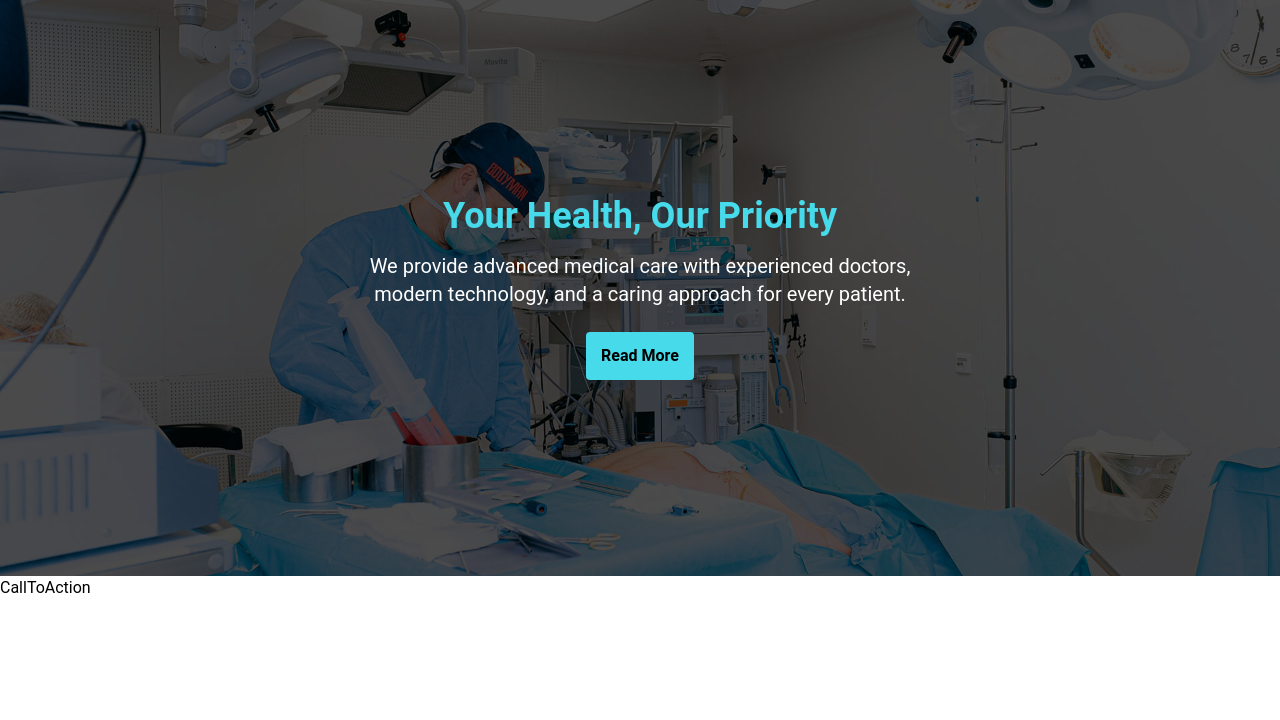
Repository: ahmedkhaleddev02-del/DoctorAppointment-MERN
Page: / (app in frontend/frontend/)
These files come from the project's save history. The page is drawn as it stood at one moment and after the next save; the edit follows.
The browser window is 1280 px wide. The pictures show the whole page.
The project was rebuilt for these pictures with package versions that can differ from the ones it lists, and the page was loaded fresh each time.

Above is the page before, as saved 2025-07-27 17:56:53.

### frontend/frontend/src/index.css
@tailwind base;
@tailwind components;
@tailwind utilities;
@import url('https://fonts.googleapis.com/css2?family=Liter&family=Outfit:wght@100..900&family=Roboto:ital,wght@0,100..900;1,100..900&family=Sansita:ital,wght@0,400;0,700;0,800;0,900;1,400;1,700;1,800;1,900&display=swap');

@import "slick-carousel/slick/slick.css";
@import "slick-carousel/slick/slick-theme.css";


*,body{
  font-family: roboto;
}


button{
  background: #46daea !important;
  padding: 15px;
  color:black;
  font-weight: bold;
  transition: ease-in-out 0.3s !important;


}

button:hover{
  background: #43b0ba !important;
}

### frontend/frontend/src/App.js
import Home from "./pages/Home";
function App() {
  return (
    <>

    <Home/>
    </>
  );
}

export default App;

### frontend/frontend/src/pages/Home.jsx
import React from 'react'
import CallToAction from '../components/CallToAction'
import HeroSlider from '../components/HeroSlider'
function Home() {
  return (
    <div>
        <HeroSlider/>
        <CallToAction/>

    </div>
  )
}

export default Home

### frontend/frontend/src/components/CallToAction.jsx
import React from 'react'

function CallToAction() {
  return (
    <div>CallToAction</div>
  )
}

export default CallToAction

### frontend/frontend/src/components/HeroSlider.jsx
import React from 'react'
import Slider from "react-slick";
import carousel_1 from "../img/hero-carousel/hero-carousel-1.jpg"

import carousel_2 from "../img/hero-carousel/hero-carousel-2.jpg"


import carousel_3 from "../img/hero-carousel/hero-carousel-3.jpg"

function HeroSlider() {

const settings = {
    dots: true,
    infinite: true,
    autoplay: true,
    autoplaySpeed: 5000,
    fade: true,
    arrows: false
  };


  const slides = [
  {
    image: carousel_1,
    title: "Your Health, Our Priority",
    text: "We provide advanced medical care with experienced doctors, modern technology, and a caring approach for every patient.",
  },
  {
    image: carousel_2,
    title: "Specialized Medical Services",
    text: "From cardiology to pediatrics, our expert teams are ready to help you and your family stay healthy and safe.",
  },
  {
    image: carousel_3,
    title: "Easy Online Appointments",
    text: "Book your appointment quickly and conveniently with top doctors at your preferred time.",
  }
];



  return (
    <section className='relative w-full h-[80vh] overflow-hidden' >
        <Slider {...settings}>
                {slides.map((slide,index)=>(
                    <div  key={index} className="relative w-full h-[80vh]">

                <img  src={slide.image}   className="w-full h-full object-cover"/>

            <div className="absolute inset-0 bg-black bg-opacity-70 flex flex-col justify-center items-center text-center text-white px-4">

                    <h2 className='text-4xl text-[#46daea] font-bold mb-4'>{slide.title}</h2>

             <p className="max-w-xl text-xl ">{slide.text}</p>

             <button className="mt-6 inline-block  py-3 rounded ">
              Read More

             </button>

                </div>

                    </div>
                ))}


        </Slider>
    </section >
  )
}

export default HeroSlider

Loaded but not shown: frontend/frontend/public/index.html (common file); frontend/frontend/src/index.js (common file); frontend/frontend/tailwind.config.js (common file)

After the next save:
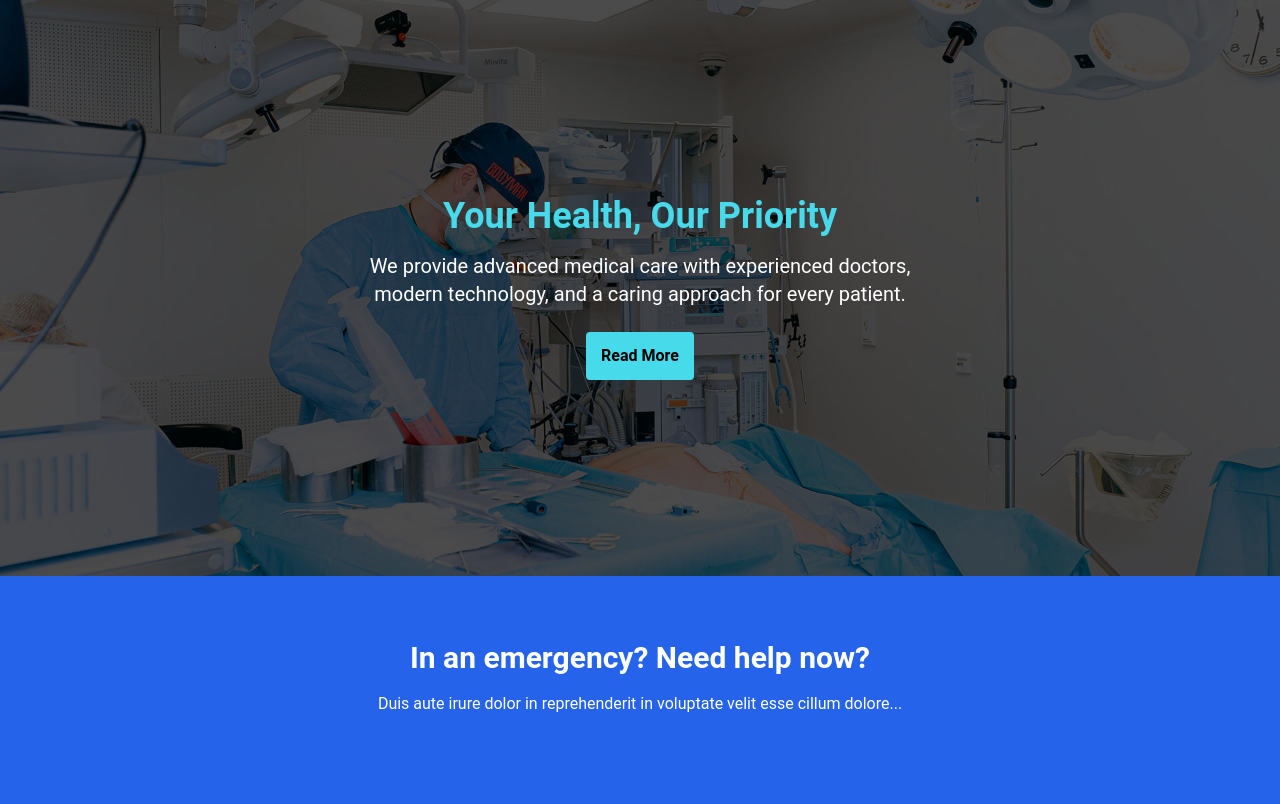
Saved 103 s later.
--- a/frontend/frontend/src/components/CallToAction.jsx
+++ b/frontend/frontend/src/components/CallToAction.jsx
@@ -2,7 +2,15 @@
 
 function CallToAction() {
   return (
-    <div>CallToAction</div>
+    <section  className="bg-blue-600 text-white py-16">
+        <div className='max-w-4xl mx-auto text-center px-4'>
+        <h3 className='text-3xl font-bold mb-4'> In an emergency? Need help now?</h3>
+        <p className="mb-6">
+          Duis aute irure dolor in reprehenderit in voluptate velit esse cillum dolore...
+        </p>
+        </div>
+
+    </section>
   )
 }
 
